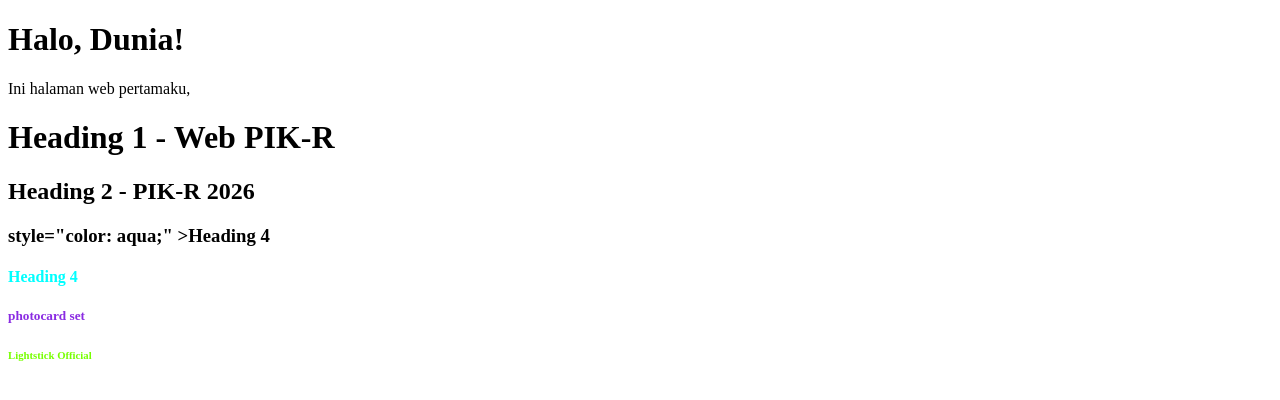
Repository: sekartazivi/241552010020-Web-Application-Development
Page: test.html
These files come from the project's save history. The page is drawn as it stood at one moment and after a run of saves; the edit follows.
The browser window is 1280 px wide. The pictures show the whole page.

Above is the page before, as saved 2026-02-20 08:32:14.

### test.html
<!DOCTYPE html>
<html lang="en">
<head>
    <meta charset="UTF-8">
    <meta name="viewport" content="width=device-width, initial-scale=<,>">
    <title>Document</title>
</head>
<body>
    <h1>Halo, Dunia!</h1>
    <p>Ini halaman web pertamaku,</p>
    <h1>Heading 1 - Web PIK-R</h1>
    <h2>Heading 2 - PIK-R 2026</h2>
    <h3>style="color: aqua;" >Heading 4</h3>
    <h4 style="color: aqua;" >Heading 4</h4>
    <h5 style="color: blueviolet;">photocard set</h5>
    <h6 style="color: rgb(119, 255, 0);">Lightstick Official</h6>
</body>
</html>

After the next 3 saves:
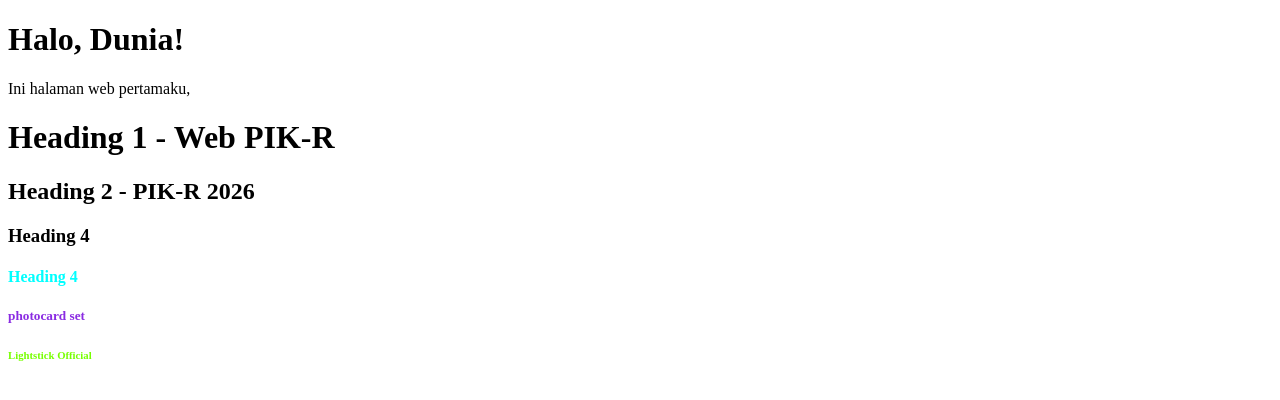
The 3 saves are shown as one change because they came seconds apart.
The last was saved 12 s later.
--- a/test.html
+++ b/test.html
@@ -10,7 +10,7 @@
     <p>Ini halaman web pertamaku,</p>
     <h1>Heading 1 - Web PIK-R</h1>
     <h2>Heading 2 - PIK-R 2026</h2>
-    <h3>style="color: aqua;" >Heading 4</h3>
+    <h3> Heading 4</h3>
     <h4 style="color: aqua;" >Heading 4</h4>
     <h5 style="color: blueviolet;">photocard set</h5>
     <h6 style="color: rgb(119, 255, 0);">Lightstick Official</h6>
